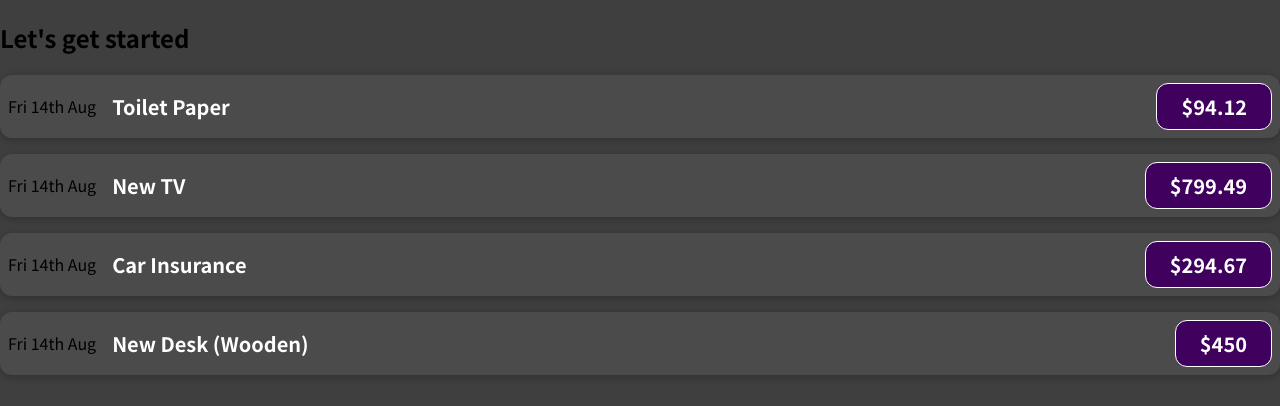
Repository: runner855/expense-tracker
Page: /
An editor plug-in stored every save of this project. The page is shown before and after the next save, followed by the edit.
The browser window is 1280 px wide. The pictures show the whole page.
The project was rebuilt for these pictures with package versions that can differ from the ones it lists, and the page was loaded fresh each time.

Above is the page before, as saved 2022-09-02 14:56:37.

After the next save:
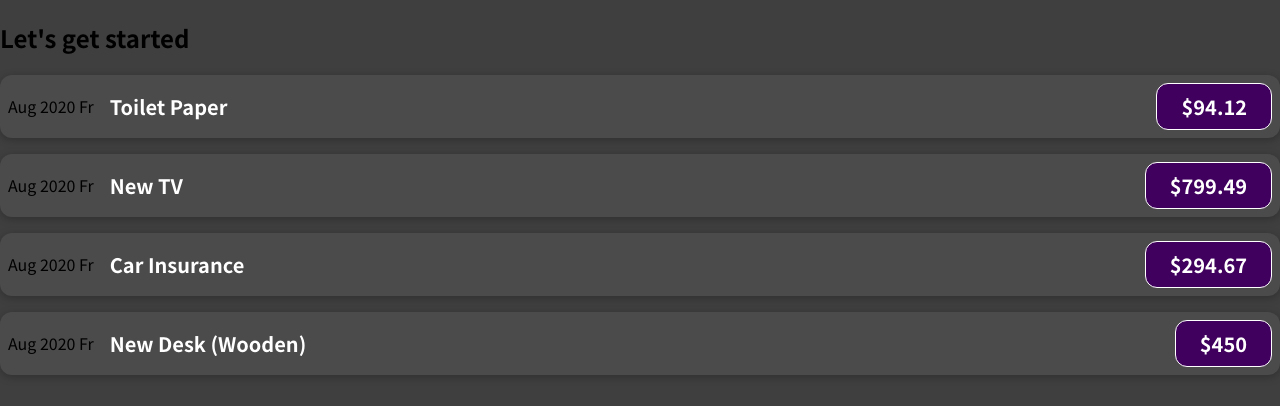
Saved 89 s later.
--- a/src/components/ExpenseItem.js
+++ b/src/components/ExpenseItem.js
@@ -6,7 +6,7 @@ import moment from 'moment';
 const ExpenseItem = (props) => {
 
   const { date, title, amount } = props;
-  const myDate = moment(date).format(" ddd  Do MMM  ")
+  const myDate = moment(date).format(" MMM YYYY dd  ")
   console.log(myDate)
 
 
